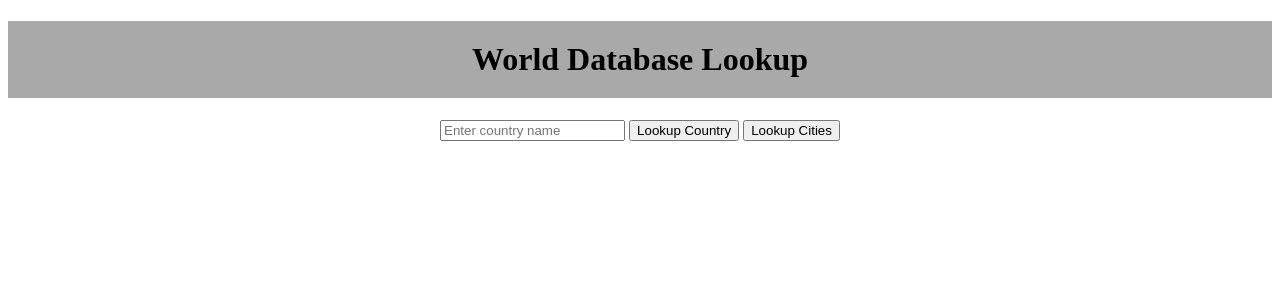
Repository: RomarioBennett/info2180-lab7
Page: index.html
The author's editor kept a record of every edit. The page is drawn from the files as they stood at one moment, then again after the next edit.
The browser window is 1280 px wide. The pictures show the whole page.

Above is the page before.

After the next edit:
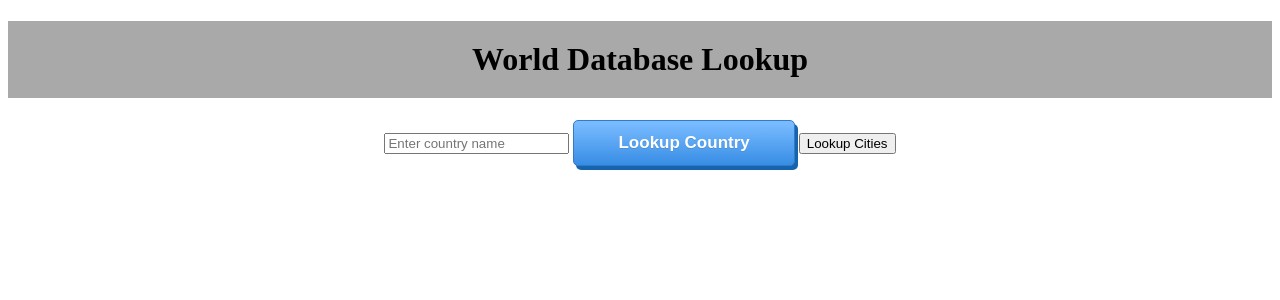
The edit:
--- a/world.css
+++ b/world.css
@@ -92,7 +92,7 @@
 }
 
 
-.lookupc {
+.lookupB {
 	box-shadow: 3px 4px 0px 0px #1564ad;
 	background:linear-gradient(to bottom, #79bbff 5%, #378de5 100%);
 	background-color:#79bbff;
